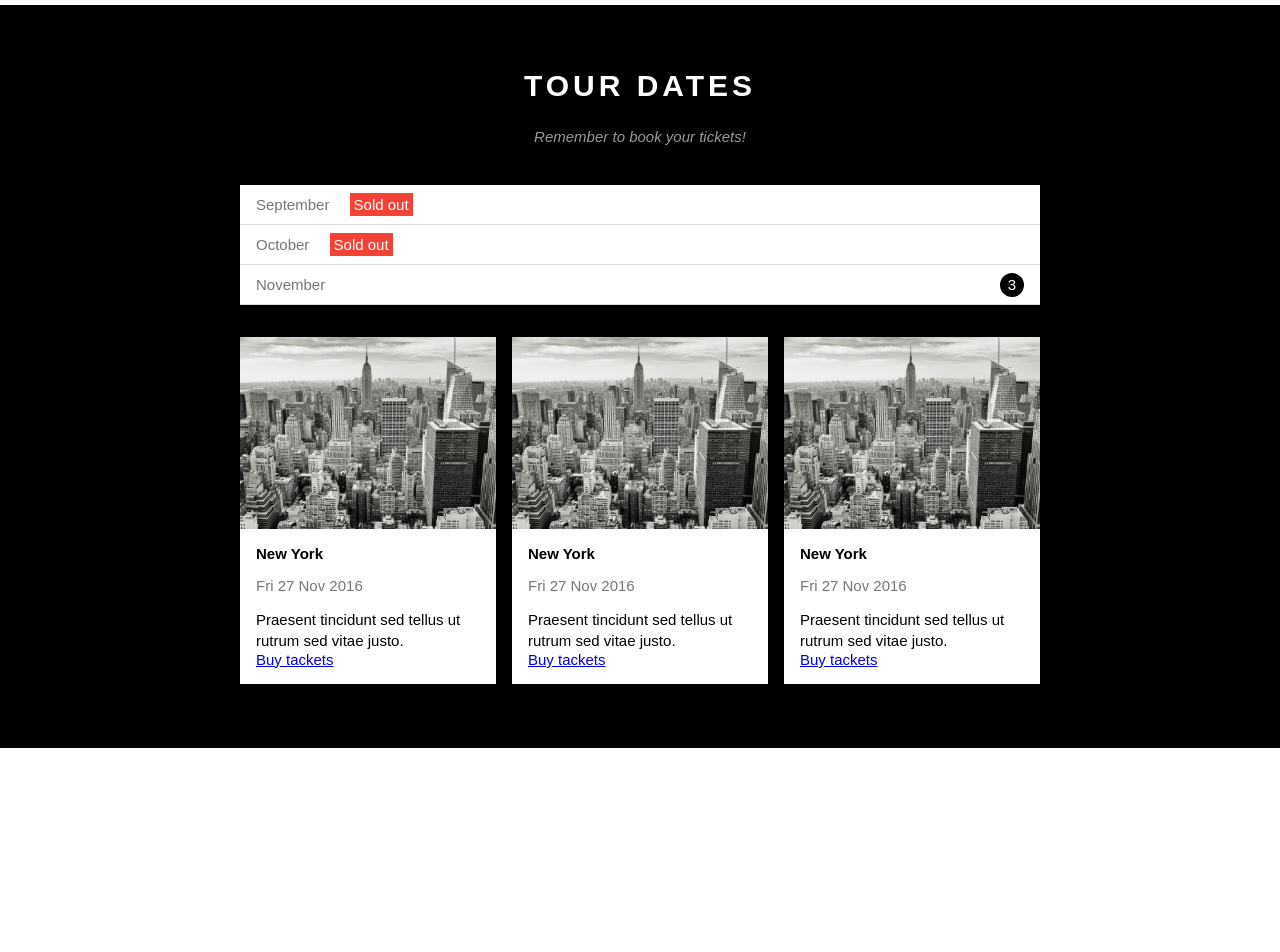
Repository: Phunobita/The-band-w3school
Page: index.html
The author's editor kept a copy of each file at every save. The page is drawn from the files as they stood at one save, then again after the next save.
The browser window is 1280 px wide. The pictures show the part of the page from y = 938 to 1890 px (the page is 1890 px tall).
A picture or video elsewhere on the page could not be fetched, so the positions and the page height are approximate.

Above is the page before, as saved 2021-12-02 22:40:37.

### index.html
<!DOCTYPE html>
<html lang="en">

<head>
    <meta charset="UTF-8">
    <meta http-equiv="X-UA-Compatible" content="IE=edge">
    <meta name="viewport" content="width=device-width, initial-scale=1.0">
    <title>The band</title>
    <link rel="stylesheet" href="./assets/fonts/themify-icons-font/themify-icons/themify-icons.css">
    <link rel="stylesheet" href="./assets/css/style.css">
</head>

<body>
    <div id="main">
        <div id="header">
            <!--Begin nav-->
            <ul id="nav">
                <li><a href="">Home</a></li>
                <li><a href="">Band</a></li>
                <li><a href="">Tour</a></li>
                <li><a href="">Contact</a></li>
                <li>
                    <a href="">
                        More
                        <i class="nav-arrow-down ti-angle-down"></i>
                    </a>
                    <ul class="subnav">
                        <li><a href="">Merchandise</a></li>
                        <li><a href="">Extras</a></li>
                        <li><a href="">Media</a></li>
                    </ul>
                </li>
            </ul>
            <!--End nav-->
            <div class="search-btn">
                <i class="search-icon ti-search"></i>
            </div>
        </div>

        <div id="slider">
            <img src="./assets/img/chicago.jpg" alt="" class="slider__img">
            <div class="text-content">
                <h2 class="heading">New York</h2>
                <div class="content">The atmosphere in New York is lorem ipsum</div>
            </div>

        </div>
        <!--About section-->
        <div id="content">
            <div class="content-section">
                <h2 class="section-heading">THE BAND</h2>
                <p class="section-sub-heading">We love music</p>
                <p class="about-text">We have created a fictional band website. Lorem ipsum dolor sit amet, consectetur
                    adipiscing elit, sed do eiusmod tempor incididunt ut labore et dolore magna aliqua. Ut enim ad minim
                    veniam, quis nostrud exercitation ullamco laboris nisi ut aliquip ex ea commodo consequat. Duis aute
                    irure dolor in reprehenderit in voluptate velit esse cillum dolore eu fugiat nulla pariatur.
                    Excepteur sint occaecat cupidatat non proident, sunt in culpa qui officia deserunt mollit anim id
                    est laborum consectetur adipiscing elit, sed do eiusmod tempor incididunt ut labore et dolore magna
                    aliqua. Ut enim ad minim veniam, quis nostrud exercitation ullamco laboris nisi ut aliquip ex ea
                    commodo consequat.</p>
                <div class="Team">
                    <div class="member-item">
                        <p class="member-name">Name</p>
                        <img src="./assets/img/tv.jpg" alt="Name" class="member-img">
                    </div>
                    <div class="member-item">
                        <p class="member-name">Name</p>
                        <img src="./assets/img/tv.jpg" alt="Name" class="member-img">
                    </div>
                    <div class="member-item">
                        <p class="member-name">Name</p>
                        <img src="./assets/img/tv.jpg" alt="Name" class="member-img">
                    </div>
                    <div class="clear"></div>
                </div>
            </div>

            <!--Tour section-->
            <div class="tour__section">
                <div class="content-section">
                    <h2 class="section-heading">TOUR DATES</h2>
                    <p class="section-sub-heading">Remember to book your tickets!</p>

                    <ul class="ticket__list">
                        <li class="ticket__list-item">
                            September
                            <span class="sold-out">Sold out</span>
                        </li>
                        <li class="ticket__list-item">
                            October
                            <span class="sold-out">Sold out</span>
                        </li>
                        <li class="ticket__list-item">
                            November
                            <span class="quantity">3</span>
                        </li>
                    </ul>
                    <div class="place__list">
                        <div class="place__list-item">
                            <img src="./assets/img/newyork.jpg" alt="New York" class="place__img">
                            <div class="place-body">
                                <h3 class="place-heading">New York</h3>
                                <p class="place-time">Fri 27 Nov 2016</p>
                                <p class="place-description">Praesent tincidunt sed tellus ut rutrum sed vitae justo.
                                </p>
                                <a href="#" class="place-buy-btn">Buy tackets</a>
                            </div>
                        </div>
                        <div class="place__list-item">
                            <img src="./assets/img/newyork.jpg" alt="New York" class="place__img">
                            <div class="place-body">
                                <h3 class="place-heading">New York</h3>
                                <p class="place-time">Fri 27 Nov 2016</p>
                                <p class="place-description">Praesent tincidunt sed tellus ut rutrum sed vitae justo.
                                </p>
                                <a href="#" class="place-buy-btn">Buy tackets</a>
                            </div>
                        </div>
                        <div class="place__list-item">
                            <img src="./assets/img/newyork.jpg" alt="New York" class="place__img">
                            <div class="place-body">
                                <h3 class="place-heading">New York</h3>
                                <p class="place-time">Fri 27 Nov 2016</p>
                                <p class="place-description">Praesent tincidunt sed tellus ut rutrum sed vitae justo.
                                </p>
                                <a href="#" class="place-buy-btn">Buy tackets</a>
                            </div>
                        </div>
                        <div class="clear"></div>
                    </div>
                </div>
            </div>
            <!--Contact section-->
            <div class="content-section">
                <h2 class="section-heading">CONTACT</h2>
                <p class="section-sub-heading">Fan? Drop a note!</p>
            </div>

            <div id="footer">

            </div>
        </div>
</body>

</html>

### assets/css/style.css
* {
  padding: 0;
  margin: 0;
  box-sizing: border-box;
}
html {
  font-family: Arial, Helvetica, sans-serif;
}
/*
1.vi tri
2. kich thuoc
3.Mau sac
4. Hinh dang
*/
.clear {
  clear: both;
}
#main {
}
#header {
  height: 46px;
  background-color: black;
  position: fixed;
  top: 0;
  left: 0;
  right: 0;
  z-index: 1;
}
#nav {
  display: inline-block;
}
#nav,
.subnav {
  list-style-type: none;
}
#nav > li > a {
  color: #fff;
  text-transform: uppercase;
}
#nav li a {
  text-decoration: none;
  line-height: 46px;
  padding: 0 24px;
  display: block;
}
#nav > li:hover > a,
#nav .subnav li:hover a {
  color: black;
  background-color: #ccc;
}
#nav li:hover .subnav {
  display: block;
}
#nav > li {
  display: inline-block;
  position: relative;
}
#nav .nav-arrow-down {
  font-size: 14px;
}
#nav .subnav {
  display: none;
  min-width: 160px;
  position: absolute;
  top: 100%;
  background-color: white;
  box-shadow: 0 0 10px rgba(0, 0, 0, 0.3);
}
#nav .subnav a {
  color: black;
  padding: 0 12px;
  line-height: 38px;
}
#header .search-btn {
  float: right;
  padding: 0 21px;
  cursor: pointer;
}
#header .search-icon {
  color: #fff;
  font-size: 20px;
  line-height: 46px;
}
#header .search-btn:hover {
  background-color: #f44336;
}
#slider {
  margin-top: 46px;
  position: relative;
  background: url("/assets/img/chicago.jpg") top center / cover no-repeat;
}
#slider .text-content {
  position: absolute;
  bottom: 47px;
  color: white;
  width: 100%;
  text-align: center;
}
#silder .heading {
  font-weight: 500px;
  font-size: 24px;
}
#slider .content {
  font-size: 15px;
  margin-top: 25px;
}
#content {
}
#content .content-section {
  padding: 64px 0;
  width: 800px;
  margin-left: auto;
  margin-right: auto;
}
#content .section-heading {
  font-size: 30px;
  font-weight: 500px;
  text-align: center;
  letter-spacing: 4px;
}
#content .section-sub-heading {
  font-size: 15px;
  text-align: center;
  margin-top: 25px;
  font-style: italic;
  opacity: 0.6;
}
#content .about-text {
  margin-top: 25px;
  text-align: justify;
  line-height: 1.4;
  font-size: 15px;
}
#content .member-item {
  float: left;
  width: calc(100% / 3);
  text-align: center;
}
#content .Team {
  margin-top: 48px;
}
#content .member-name {
  font-size: 15px;
  margin-bottom: 15px;
}
#content .member-img {
  width: 154px;
  border-radius: 4px;
}

/* Tour section */
.tour__section {
  background-color: #000;
}
.section-heading,
.section-sub-heading {
  color: #fff;
}
.ticket__list {
  background-color: #fff;
  margin-top: 40px;
  list-style: none;
}
.ticket__list-item {
  color: #757575;
  font-size: 15px;
  padding: 11px 16px;
  border-bottom: 1px solid #ddd;
}
.ticket__list .sold-out {
  color: #fff;
  background-color: #f44336;
  padding: 3px 4px;
  margin-left: 16px;
}
.ticket__list .quantity {
  float: right;
  width: 24px;
  height: 24px;
  background-color: #000;
  color: #fff;
  border-radius: 50%;
  text-align: center;
  line-height: 24px;
  margin-top: -3px;
}

/*  Place body*/
.place__list {
  margin: 32px -8px 0 -8px;
}
.place__list-item {
  float: left;
  width: 33.3333%;
  padding: 0 8px;
}
.place__img {
  width: 100%;
  display: block;
}
.place__img:hover {
  opacity: 0.7;
}
.place-body {
  background-color: #fff;
  padding: 16px;
  font-size: 15px;
}
.place-heading {
  font-size: 15px;
  font-weight: 600;
}
.place-time {
  margin-top: 15px;
  color: #757575;
}
.place-description {
  margin-top: 15px;
  line-height: 1.4;
}
.place-buy-btn {
}

#footer {
}

Loaded but not shown: assets/fonts/themify-icons-font/themify-icons/themify-icons.css (common file)

After the next save:
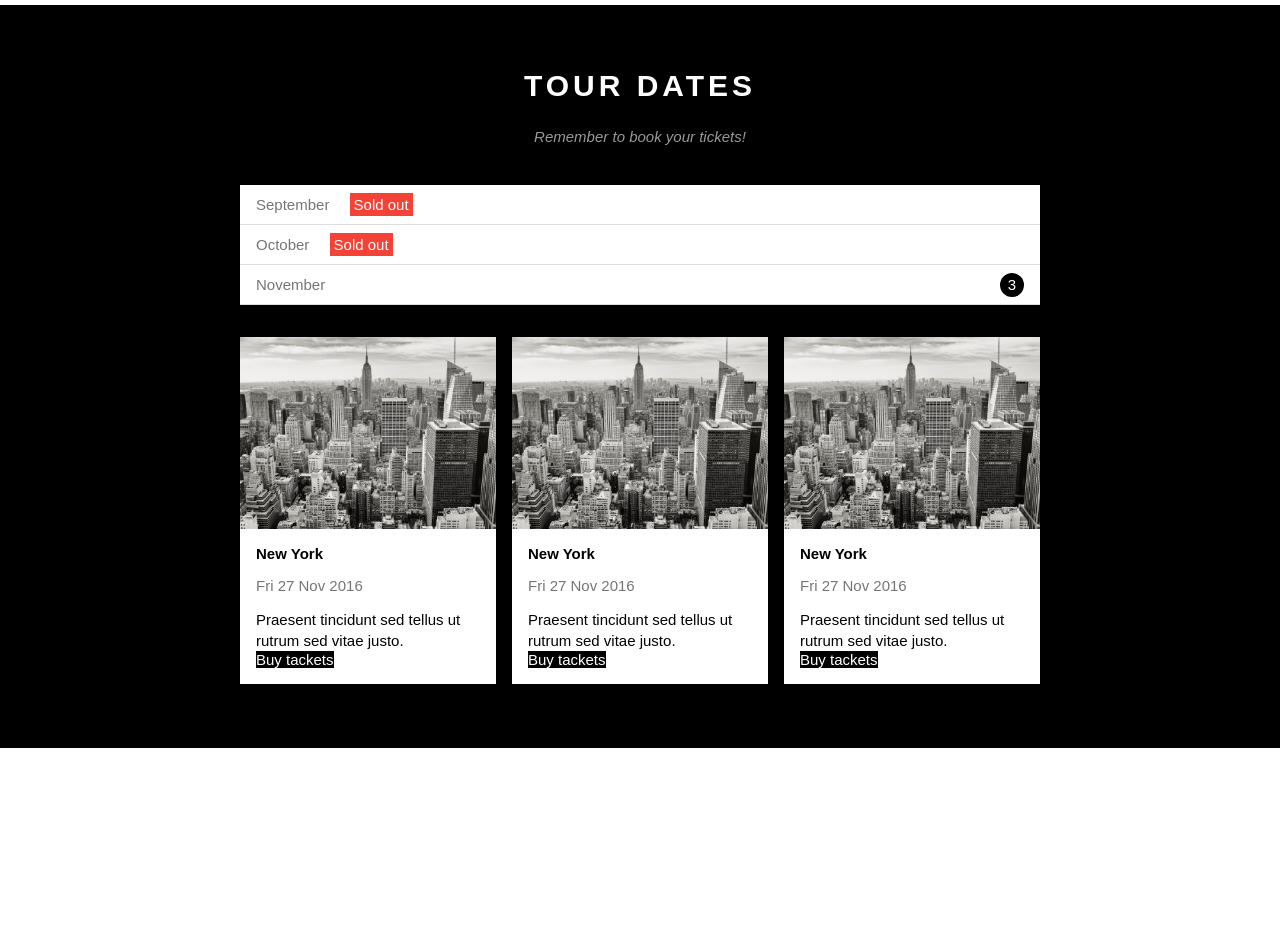
Saved 45 s later.
--- a/assets/css/style.css
+++ b/assets/css/style.css
@@ -219,6 +219,9 @@
   line-height: 1.4;
 }
 .place-buy-btn {
+  background-color: black;
+  color: #fff;
+  text-decoration: none;
 }
 
 #footer {
